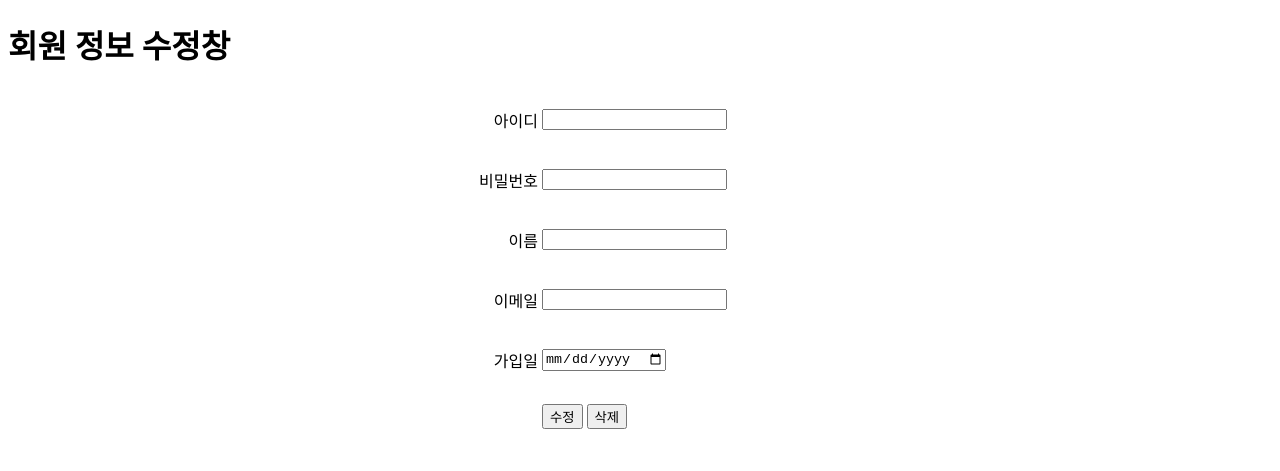
Repository: khkhkhh/JAVA
Page: http://localhost/pro17/test03/modMemberForm.jsp
These files come from the project's save history. The page is drawn as it stood at one moment and after the next save; the edit follows.
The browser window is 1280 px wide. The pictures show the whole page.
The page is served by Tomcat 9.

Above is the page before, as saved 2022-08-08 02:15:30.

After the next save:
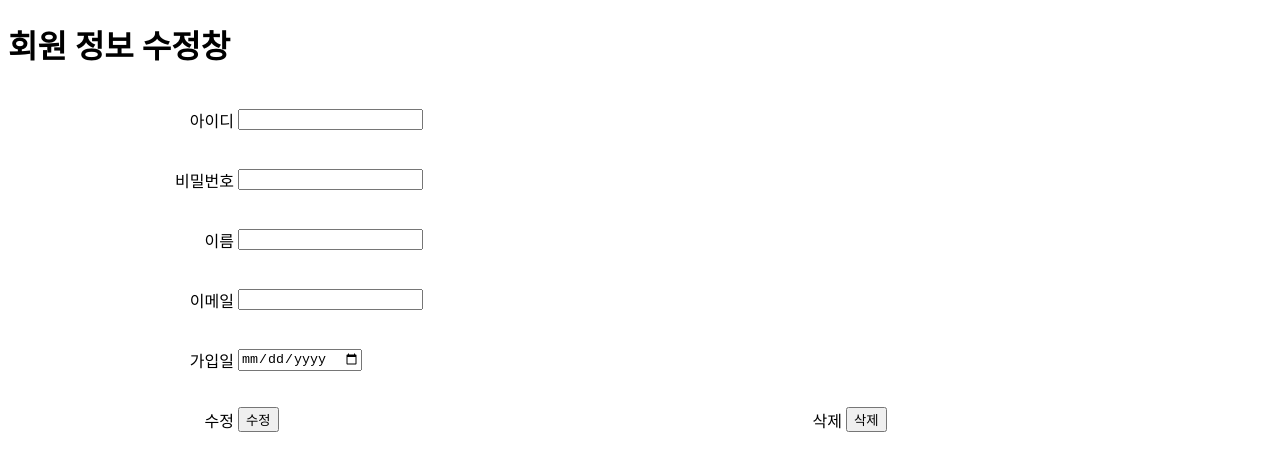
Saved 116 s later.
--- a/pro17/src/main/webapp/test03/modMemberForm.jsp
+++ b/pro17/src/main/webapp/test03/modMemberForm.jsp
@@ -38,13 +38,10 @@ request.setCharacterEncoding("UTF-8");
 				<td width="400"><input type="date" name="joindate" value="${memInfo.joinDate }" disable></td>
 			</tr>
 			<tr>
-				<td width="200">
-				<p>&nbsp;</p>
-				</td>
-				<td width="400">
-				<input type="submit" value="수정">
-				<input type="submit" value="삭제">
-				</td>
+				<td width="200"><p align="right">수정</p></td>
+				<td width="400"><input type="submit" value="수정"></td>
+				<td width="200"><p align="right">삭제</p></td>
+				<td width="400"><input type="submit" value="삭제"></td>
 			</tr>
 		</table>
 	</form>
